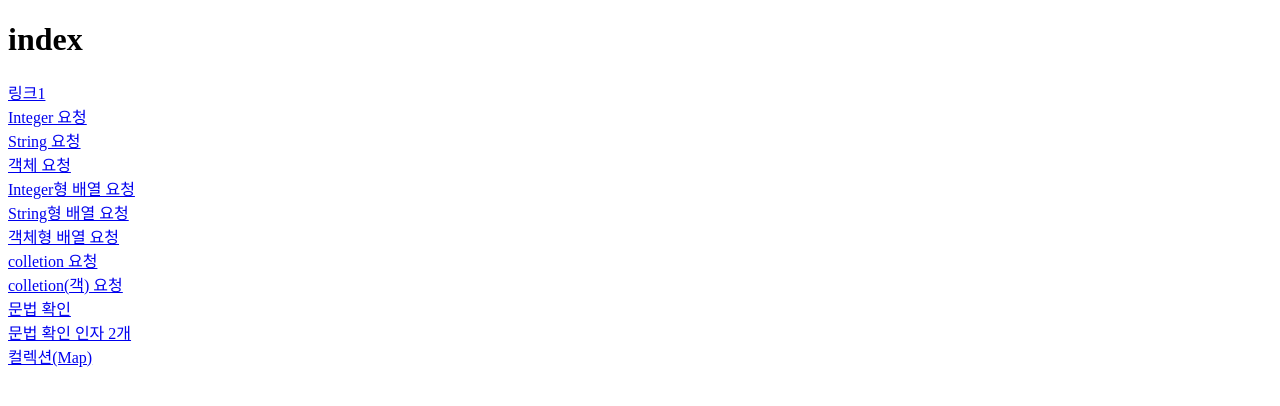
Repository: ekc1467/ClassMSA_EDU
Page: http://localhost/Service01/WEB-INF/views/index.jsp
These files come from the project's save history. The page is drawn as it stood at one moment and after the next save; the edit follows.
The browser window is 1280 px wide. The pictures show the whole page.
The page is served by Tomcat 9. Nobody is signed in. The template is opened directly, without the code that normally fills it, so the values that code supplies are empty.

Above is the page before, as saved 2022-04-22 01:42:39.

After the next save:
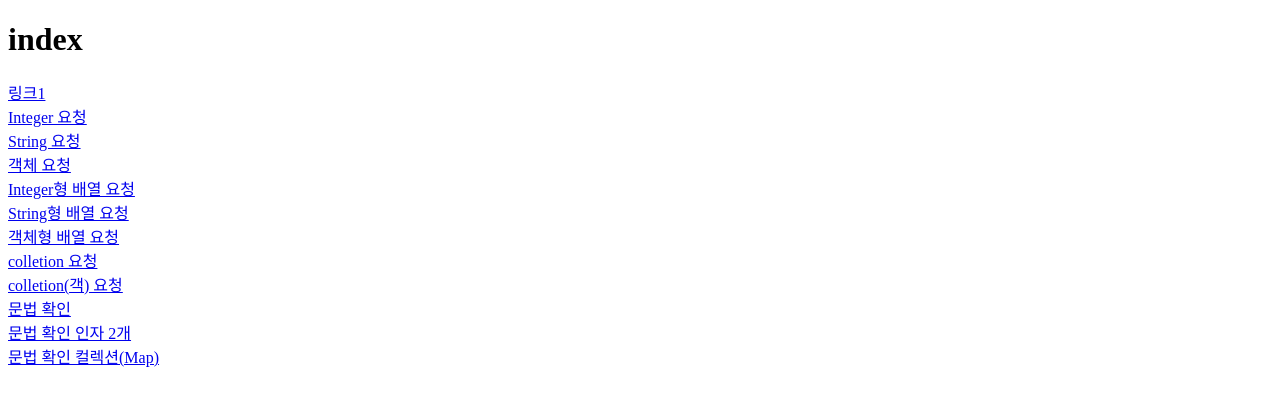
Saved 14 min 43 s later.
--- a/Service01/src/main/webapp/WEB-INF/views/index.jsp
+++ b/Service01/src/main/webapp/WEB-INF/views/index.jsp
@@ -19,7 +19,7 @@
 	<a href="t8/1000">colletion(객) 요청</a><br/>
 	<a href="t9/1000">문법 확인</a><br/>
 	<a href="t10/1000">문법 확인 인자 2개</a><br/>
-	<a href="t11/1000">컬렉션(Map)</a><br/>
+	<a href="t11/1000">문법 확인 컬렉션(Map)</a><br/>
 
 
 
